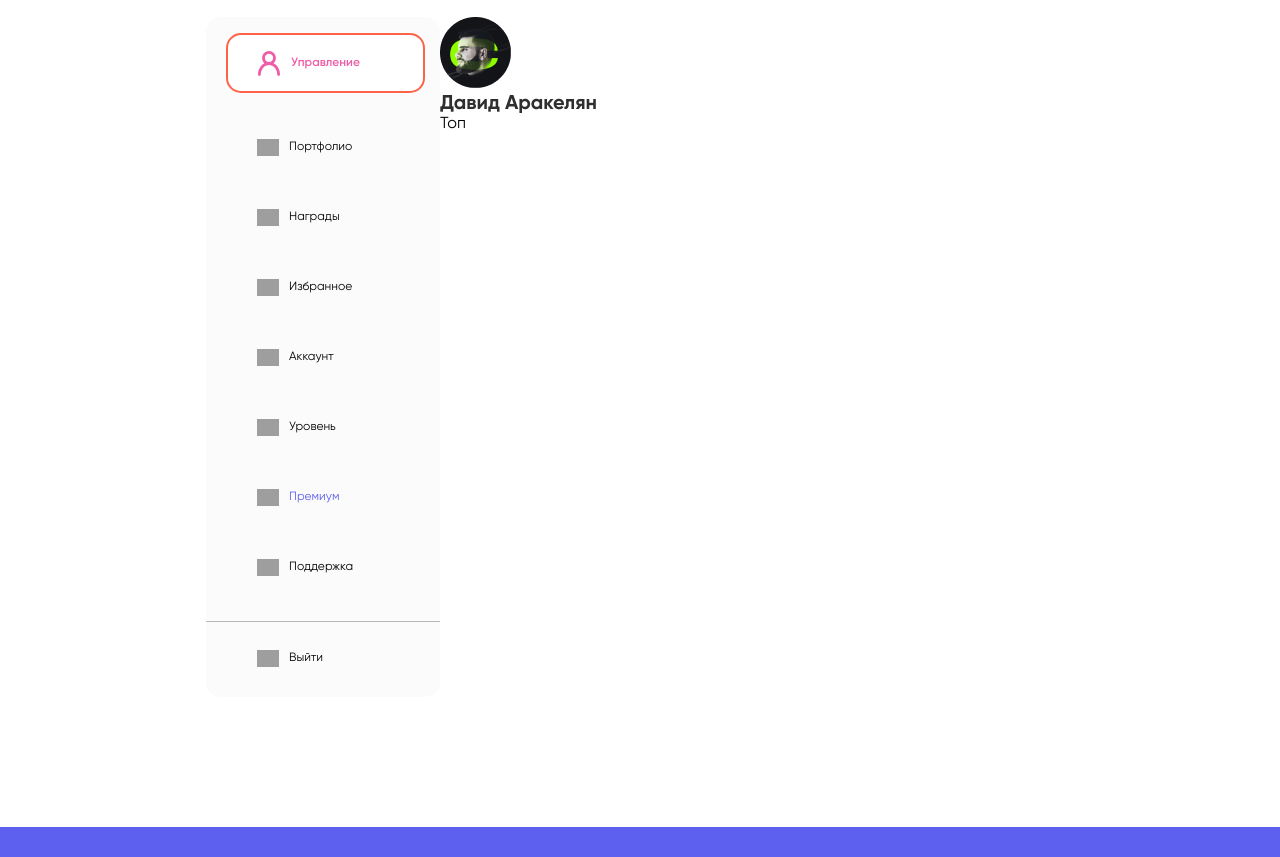
Repository: alexboagreek/selfmade
Page: index.html
These files come from the project's save history. The page is drawn as it stood at one moment and after a run of saves; the edit follows.
The browser window is 1280 px wide. The pictures show the part of the page from y = 353 to 1210 px (the page is 1719 px tall).
Pictures or frames that could not be fetched are drawn as grey boxes. A picture or video elsewhere on the page could not be fetched, so the positions and the page height are approximate.

Above is the page before, as saved 2022-12-13 12:18:33.

After the next 3 saves:
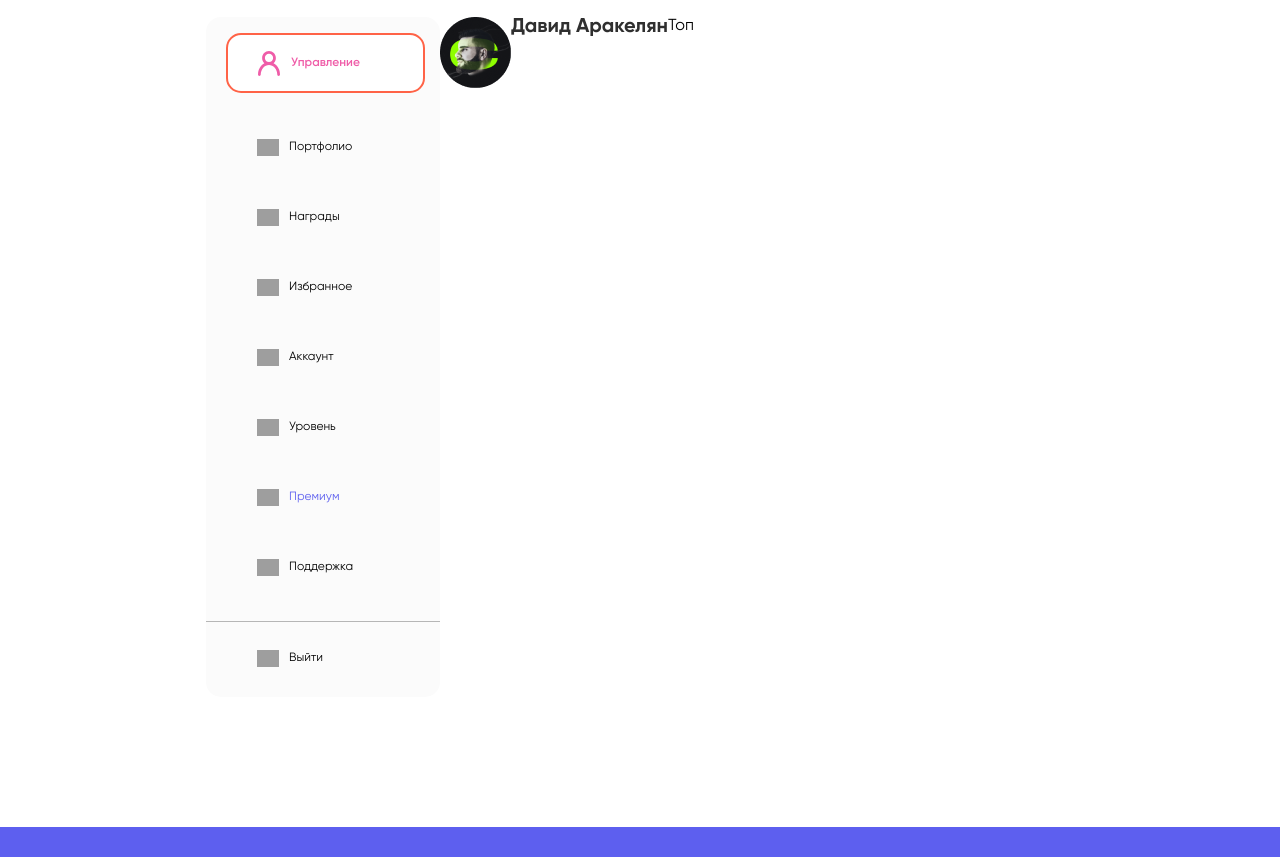
The 3 saves are shown as one change because they came seconds apart.
The last was saved 10 s later.
--- a/css/interface.css
+++ b/css/interface.css
@@ -1,7 +1,10 @@
 .interface__box {
     width: 634px;
 }
-.interface__box_header
+.interface__box_header {
+    display: flex;
+    jus
+}
 .interface__text {
     font-weight: 700;
     font-size: 20px;
